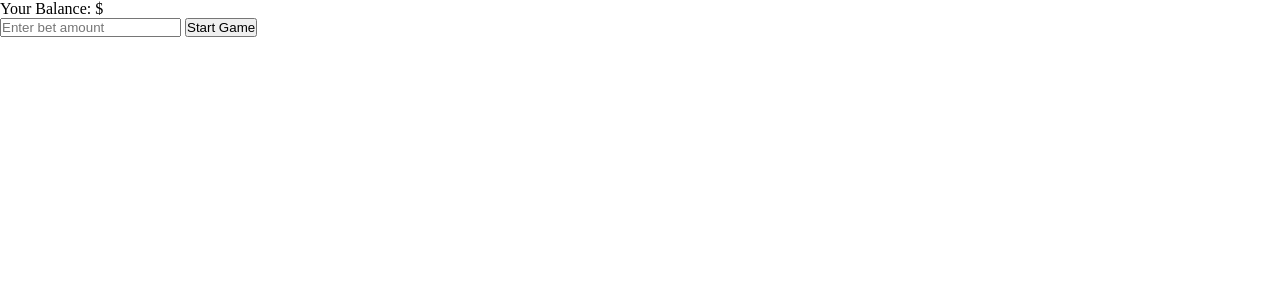
Repository: raghhavv03/javascript-practice
Page: task-5/bet.html
These files come from the project's save history. The page is drawn as it stood at one moment and after the next save; the edit follows.
The browser window is 1280 px wide. The pictures show the whole page.

Above is the page before, as saved 2026-02-09 00:41:32.

### task-5/bet.html
<!DOCTYPE html>
<html>
    <head>
        <title>BlackJack</title>
        <link rel="stylesheet" href="./css/style.css">
        <script src="./js/bet.js" defer></script>
    </head>
    <body>
        <p id="balance-p">Your Balance: $<span id="balance"></span></p>

        <input type="number" id="bet-input" placeholder="Enter bet amount">
        <button id="start-game-btn">Start Game</button>

        <p id="bet-error-msg"></p>
    </body>
</html>

### task-5/css/style.css
* {
    margin: 0;
    padding: 0;
    box-sizing: border-box;
}

### task-5/js/bet.js
const balance = localStorage.getItem("balance")
document.getElementById("balance").textContent = balance

const startGameBtn = document.getElementById("start-game-btn")
const ErrorMsg = document.getElementById("bet-error-msg")

startGameBtn.addEventListener("click", function() {
    const bet = document.getElementById("bet-input").value

    if (bet <= 0 || bet > balance) {
        ErrorMsg.textContent = "Please enter a valid bet amount"
        return
    }

    localStorage.setItem("bet", bet)
    window.location.href = "game.html"
})

After the next save:
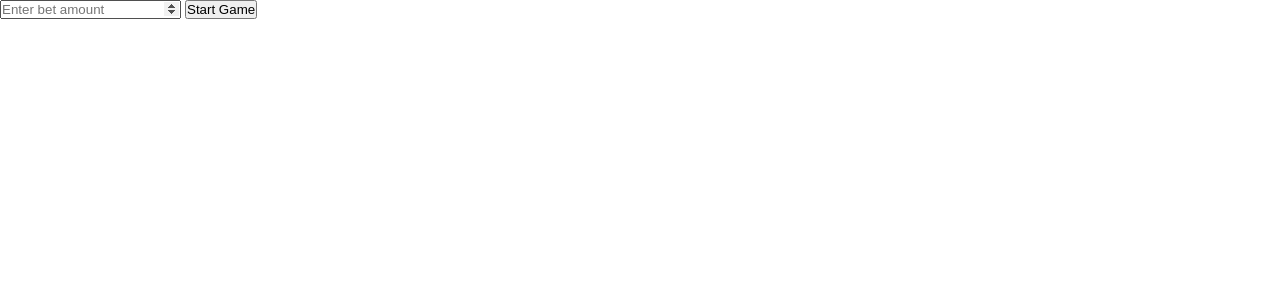
Saved 5 s later.
--- a/task-5/bet.html
+++ b/task-5/bet.html
@@ -6,7 +6,7 @@
         <script src="./js/bet.js" defer></script>
     </head>
     <body>
-        <p id="balance-p">Your Balance: $<span id="balance"></span></p>
+        <p id="balance">Your Balance: $<span id="balance"></span></p>
 
         <input type="number" id="bet-input" placeholder="Enter bet amount">
         <button id="start-game-btn">Start Game</button>
